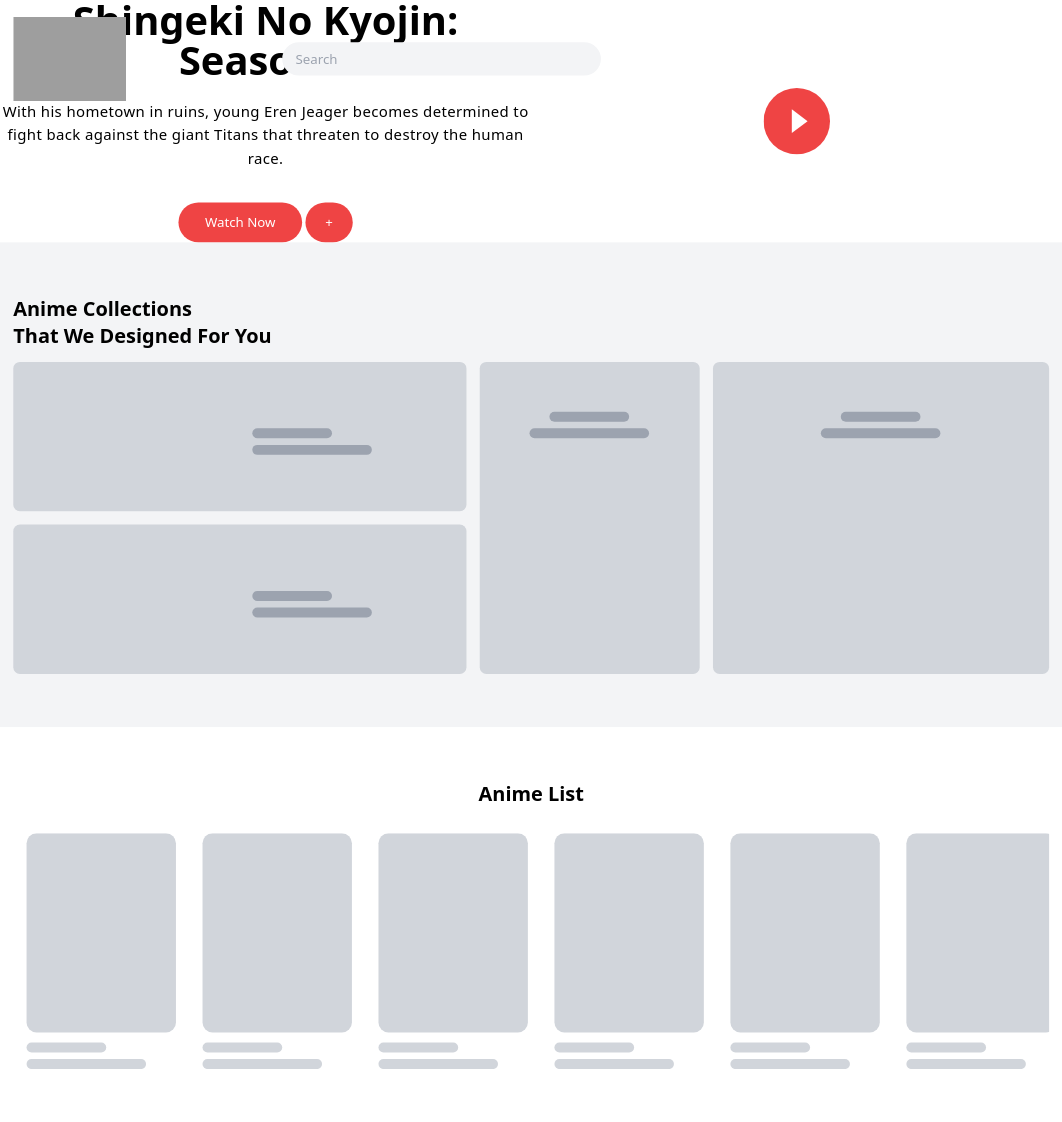
Repository: farrelmuhammad/anime-collections
Page: /
An editor plug-in stored every save of this project. The page is shown before and after the next save, followed by the edit.
The browser window is 1280 px wide. The pictures show the whole page, at 83% of full size.
Pictures or frames that could not be fetched are drawn as grey boxes. The page's requests for data from a server got no answer. The project was rebuilt for these pictures with package versions that can differ from the ones it lists, and the page was loaded fresh each time. No one was signed in, and anything a server would have sent is missing. Also part of the build but not shown: src/App.css.

Above is the page before, as saved 2023-08-06 01:50:15.

After the next save:
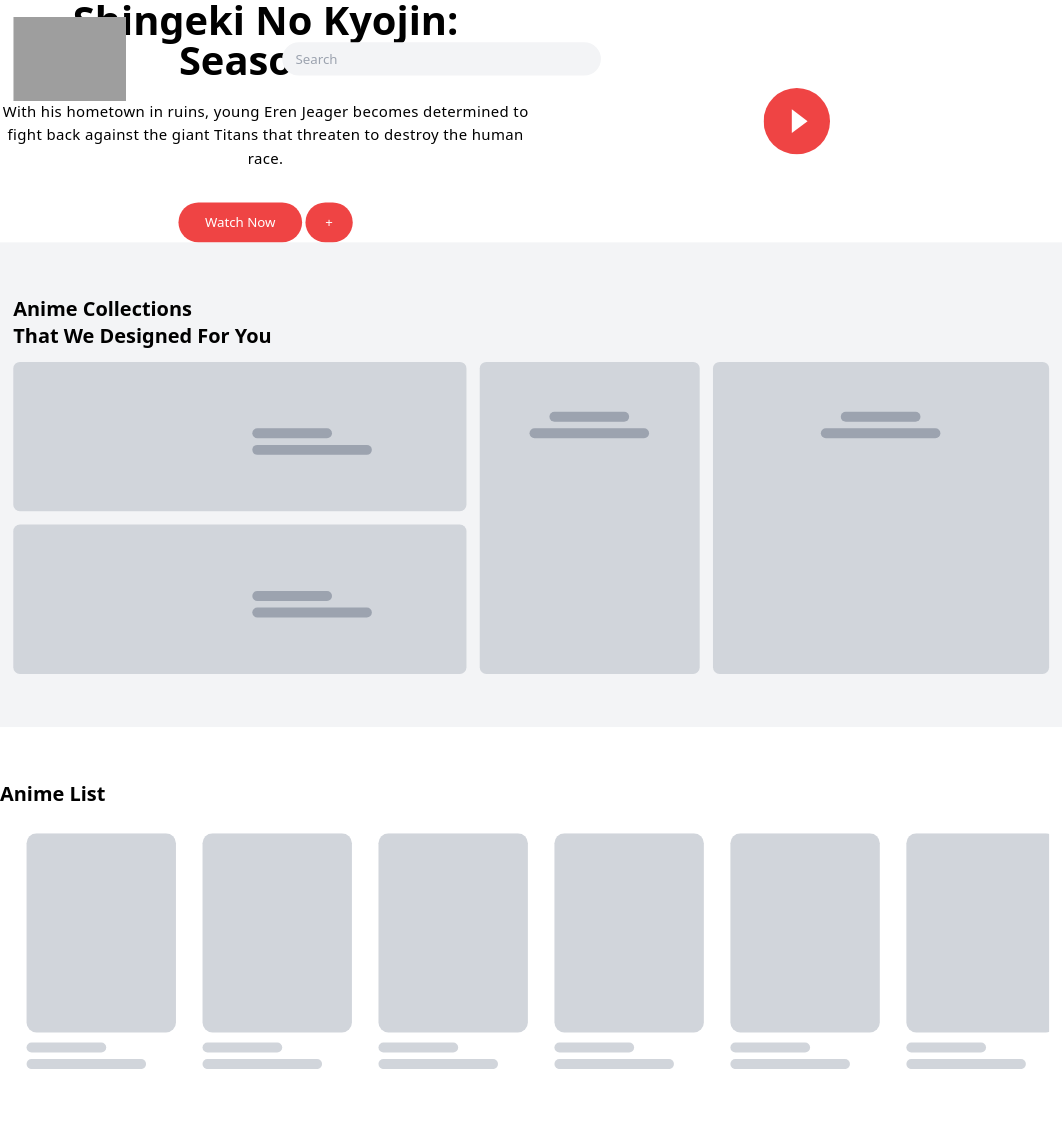
Saved 18 s later.
--- a/src/parts/Home/AnimeList.tsx
+++ b/src/parts/Home/AnimeList.tsx
@@ -55,7 +55,7 @@
     return (
         <section className="flex flex-col py-16">
             <div className="container mx-auto mb-4">
-                <div className="flex justify-center text-center mb-4">
+                <div className="flex justify-start text-center mb-4">
                     <h3 className="text-2xl capitalize font-semibold">
                         Anime List <br className="" />
                     </h3>
